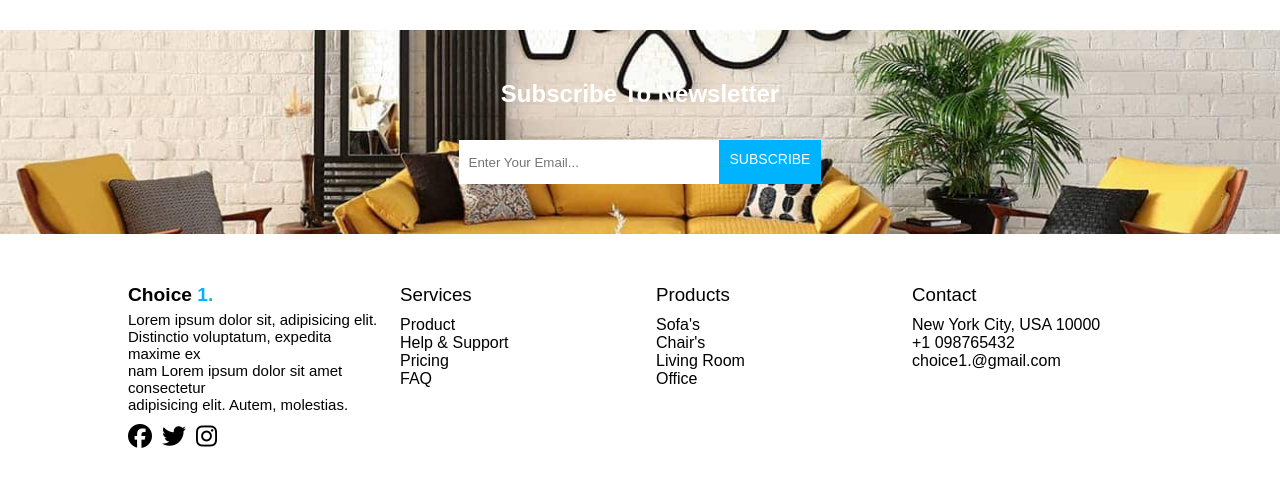
Repository: alishbah7/Choice1
Page: index.html
An editor plug-in stored every save of this project. The page is shown before and after the next save, followed by the edit.
The browser window is 1280 px wide. The pictures show the part of the page from y = 3939 to 4440 px (the page is 4440 px tall before and 4435 px after).
A picture or video elsewhere on the page could not be fetched, so the positions and the page height are approximate. Backgrounds fixed to the window are drawn as part of the page.

Above is the page before, as saved 2024-11-24 13:05:39.

After the next save:
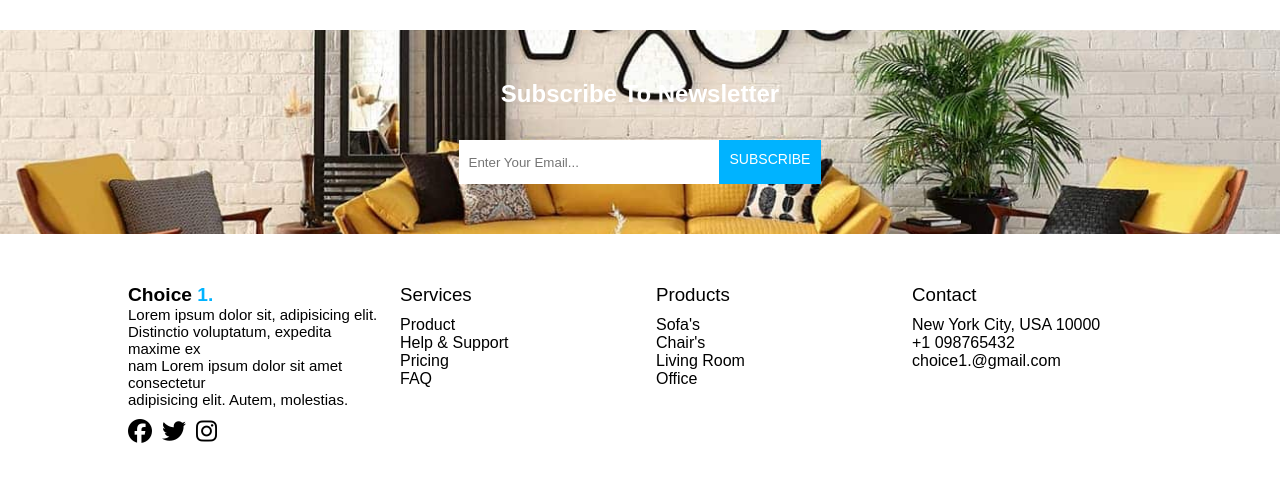
Saved 7 s later.
--- a/style.css
+++ b/style.css
@@ -296,7 +296,7 @@ header{
 .footer-box h2{
     font-size: 1.2rem;
     font-weight: 600;
-    margin-bottom: 5px;
+    /* margin-bottom: 5px; */
 }
 
 .footer-box span{
